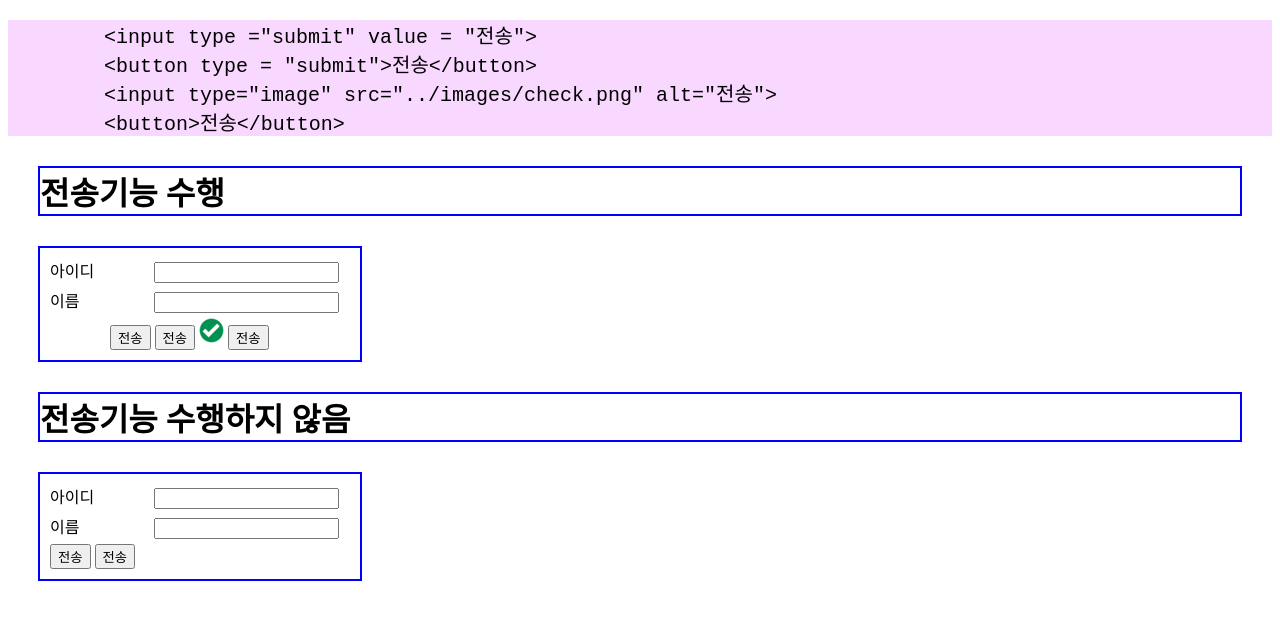
Repository: yul3220/WebProgrammingLecture
Page: webpro/WebContent/2021-01-07/전송여부의기능.html
These files come from the project's save history. The page is drawn as it stood at one moment and after the next save; the edit follows.
The browser window is 1280 px wide. The pictures show the whole page.

Above is the page before, as saved 2021-01-07 00:44:25.

After the next save:
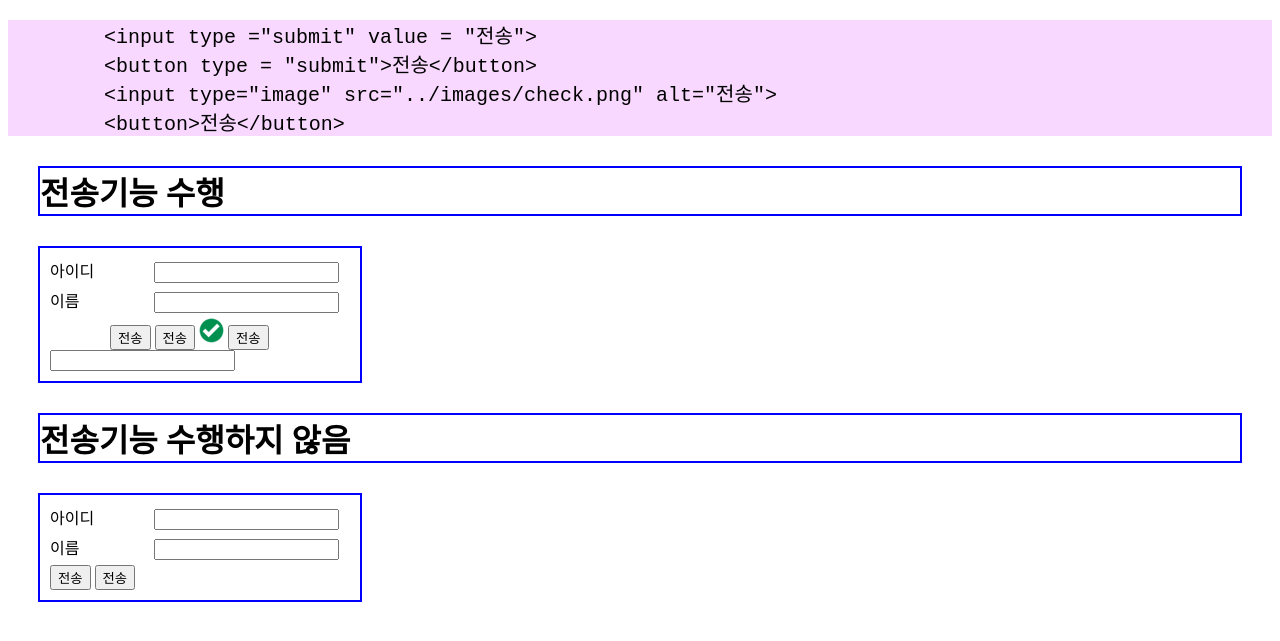
Saved 53 s later.
--- a/webpro/WebContent/2021-01-07/전송여부의기능.html
+++ b/webpro/WebContent/2021-01-07/전송여부의기능.html
@@ -45,9 +45,13 @@
 	<button type = "submit">전송</button>
 	<input type="image" src="../images/check.png" alt="전송">
 	<button>전송</button>
+	<input >
 	<!-- button은 닫는 값이 존재하기 때문에 전송이라는 단어를 작성해야 한다.
 	/ alt는 이미지가 나타나지 않을 때 대신 나타나는 단어
-	/ <button>전송</button> => 전송기능 수행-->
+	/ <button>전송</button> => 전송기능 수행
+	/ <input type="image" src="../images/check.png" alt="전송">
+		=> 전송기능 수행
+	/ input type을 생략하면 type="text"가 된다.-->
 </form>
 
 <h1>전송기능 수행하지 않음</h1>

After the 2 saves that followed:
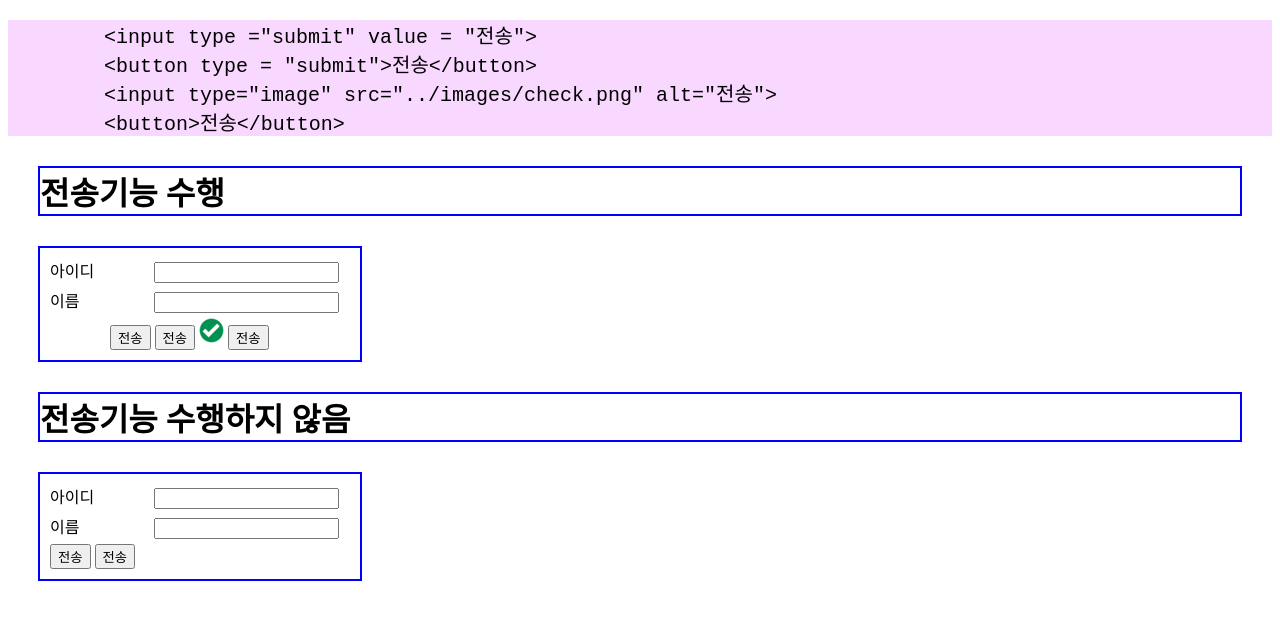
The 2 saves are shown as one change because 1 left the picture as it was.
The last was saved 99 s later.
--- a/webpro/WebContent/2021-01-07/전송여부의기능.html
+++ b/webpro/WebContent/2021-01-07/전송여부의기능.html
@@ -45,13 +45,13 @@
 	<button type = "submit">전송</button>
 	<input type="image" src="../images/check.png" alt="전송">
 	<button>전송</button>
-	<input >
 	<!-- button은 닫는 값이 존재하기 때문에 전송이라는 단어를 작성해야 한다.
 	/ alt는 이미지가 나타나지 않을 때 대신 나타나는 단어
 	/ <button>전송</button> => 전송기능 수행
 	/ <input type="image" src="../images/check.png" alt="전송">
 		=> 전송기능 수행
-	/ input type을 생략하면 type="text"가 된다.-->
+	/ input type을 생략하면 type="text"가 된다.
+	/ button은 타입을 생략하면 전송이 된다.-->
 </form>
 
 <h1>전송기능 수행하지 않음</h1>
